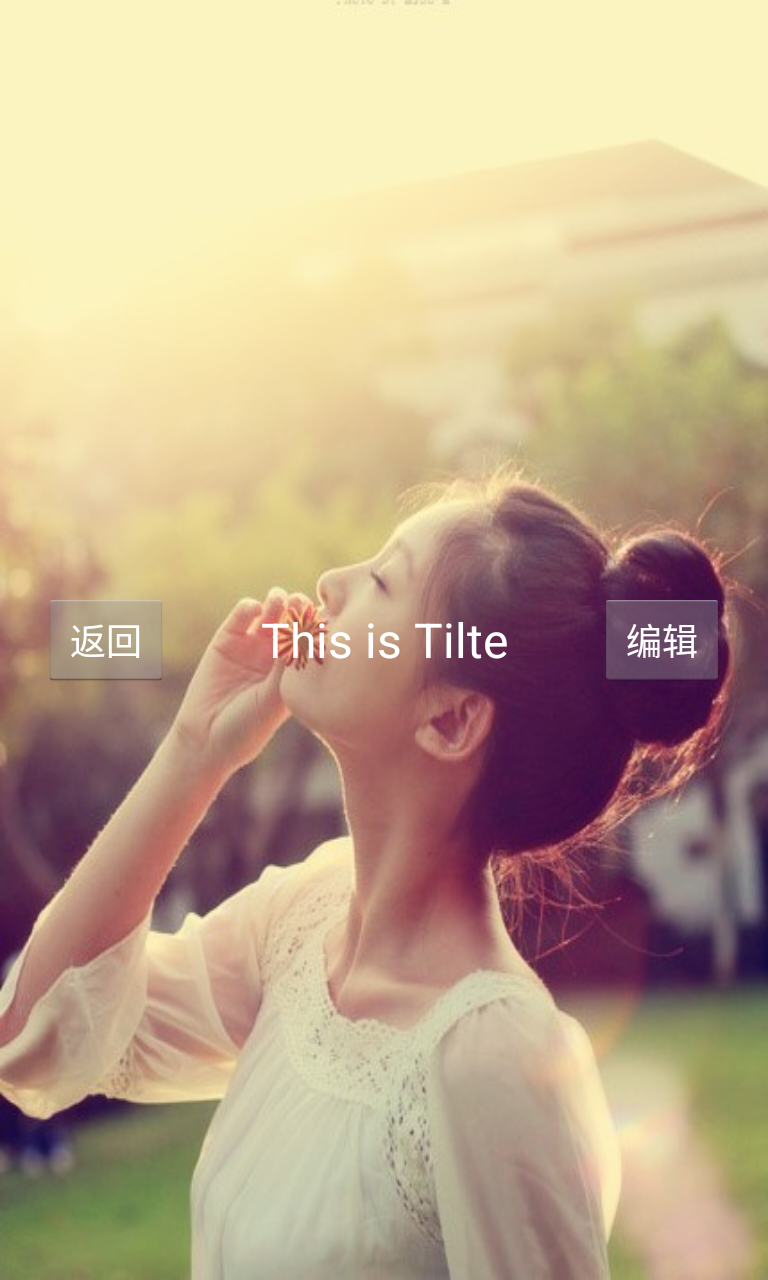
Repository: jinpp/Android
Layout: UICustomViews/res/layout/title.xml
The author's editor kept a copy of each file at every save. The layout is drawn from the files as they stood at one save, then again after the next save.
It is drawn on a 768 x 1280 px phone screen (xhdpi) without system bars, with theme AppTheme; the app's code is not run.

Above is the layout before, as saved 2016-11-17 05:22:47.

### UICustomViews/res/layout/title.xml
<LinearLayout xmlns:android="http://schemas.android.com/apk/res/android"
    xmlns:tools="http://schemas.android.com/tools"
    android:layout_width="match_parent"
    android:layout_height="match_parent"
    android:paddingBottom="@dimen/activity_vertical_margin"
    android:paddingLeft="@dimen/activity_horizontal_margin"
    android:paddingRight="@dimen/activity_horizontal_margin"
    android:paddingTop="@dimen/activity_vertical_margin"
    android:background="@drawable/myphone"
    tools:context=".MainActivity" >

    <Button
        android:id="@+id/rbutton"
        android:layout_width="wrap_content"
        android:layout_height="wrap_content"
        android:layout_gravity="center"
        android:layout_margin="5dip"
        android:textColor="#fff"
        android:text="返回" />

    <TextView
        android:id="@+id/textview"
        android:layout_width="0dip"
        android:layout_height="wrap_content"
        android:layout_gravity="center"
        android:layout_weight="1"
        android:textColor="#fff"
        android:gravity="center"
        android:text="This is Tilte"
        android:textSize="24sp" />

    <Button
        android:id="@+id/ebutton"
        android:layout_width="wrap_content"
        android:layout_height="wrap_content"
        android:layout_gravity="center"
        android:layout_margin="5dip"
        android:textColor="#fff"
        android:text="编辑" />

</LinearLayout>

Loaded but not shown: UICustomViews/res/values/styles.xml (common file); UICustomViews/res/values-v11/styles.xml (common file); UICustomViews/res/values-v14/styles.xml (common file); UICustomViews/res/values/dimens.xml (common file)

After the next save:
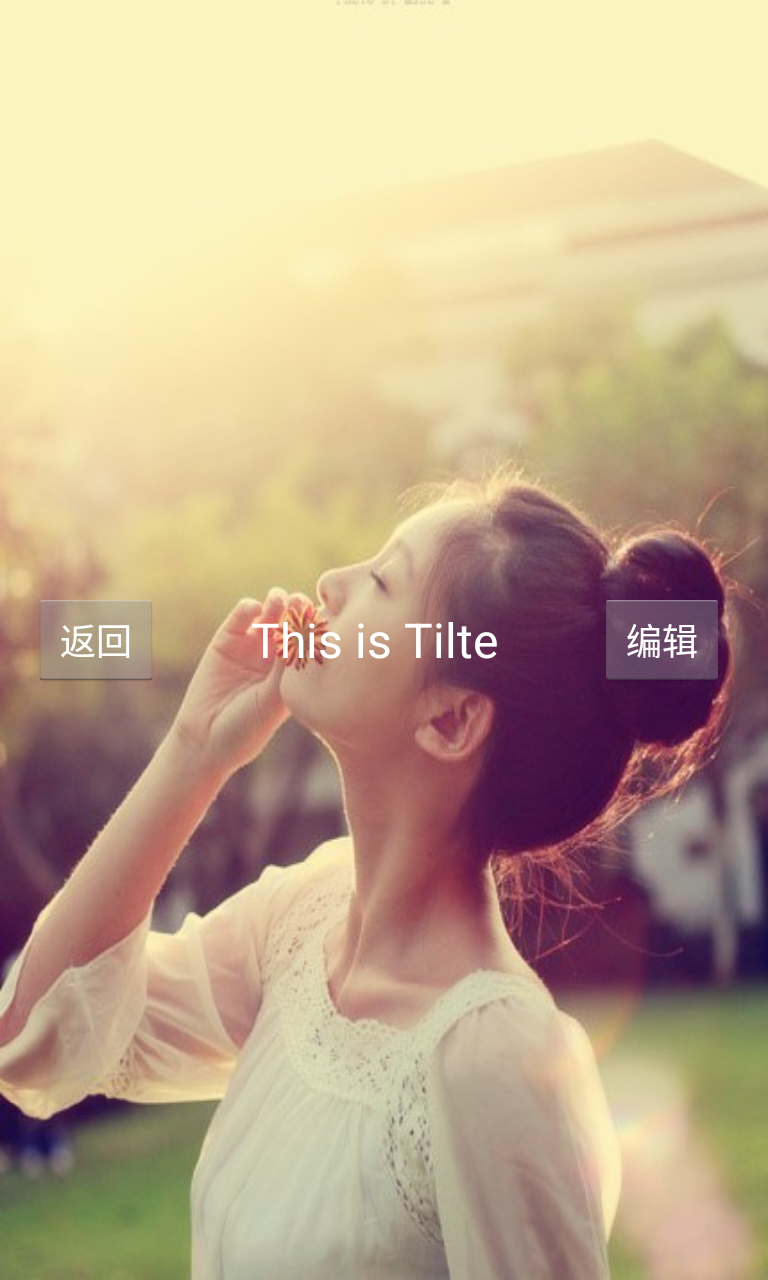
Saved 68 s later.
--- a/UICustomViews/res/layout/title.xml
+++ b/UICustomViews/res/layout/title.xml
@@ -14,7 +14,7 @@
         android:layout_width="wrap_content"
         android:layout_height="wrap_content"
         android:layout_gravity="center"
-        android:layout_margin="5dip"
+
         android:textColor="#fff"
         android:text="返回" />
 

After the save that followed:
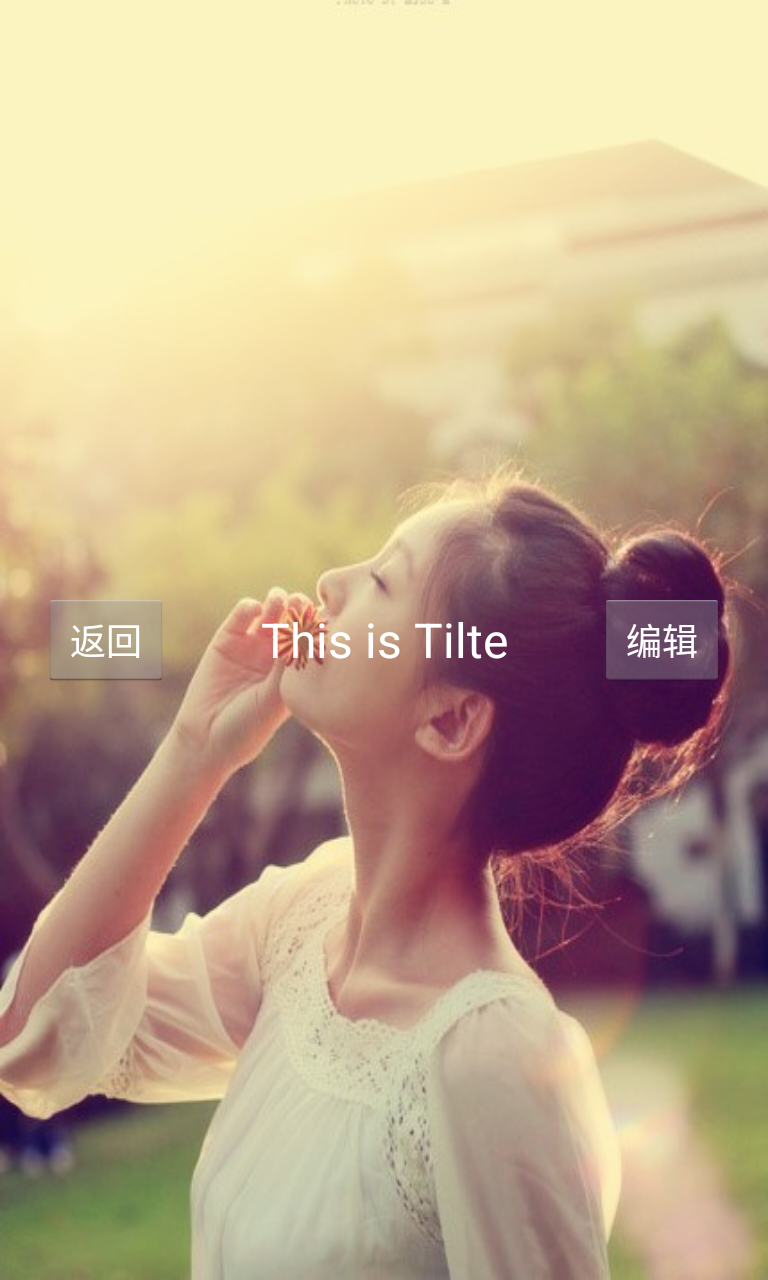
Saved 6 s later.
--- a/UICustomViews/res/layout/title.xml
+++ b/UICustomViews/res/layout/title.xml
@@ -14,7 +14,7 @@
         android:layout_width="wrap_content"
         android:layout_height="wrap_content"
         android:layout_gravity="center"
-
+        android:layout_margin="5dip"
         android:textColor="#fff"
         android:text="返回" />
 
